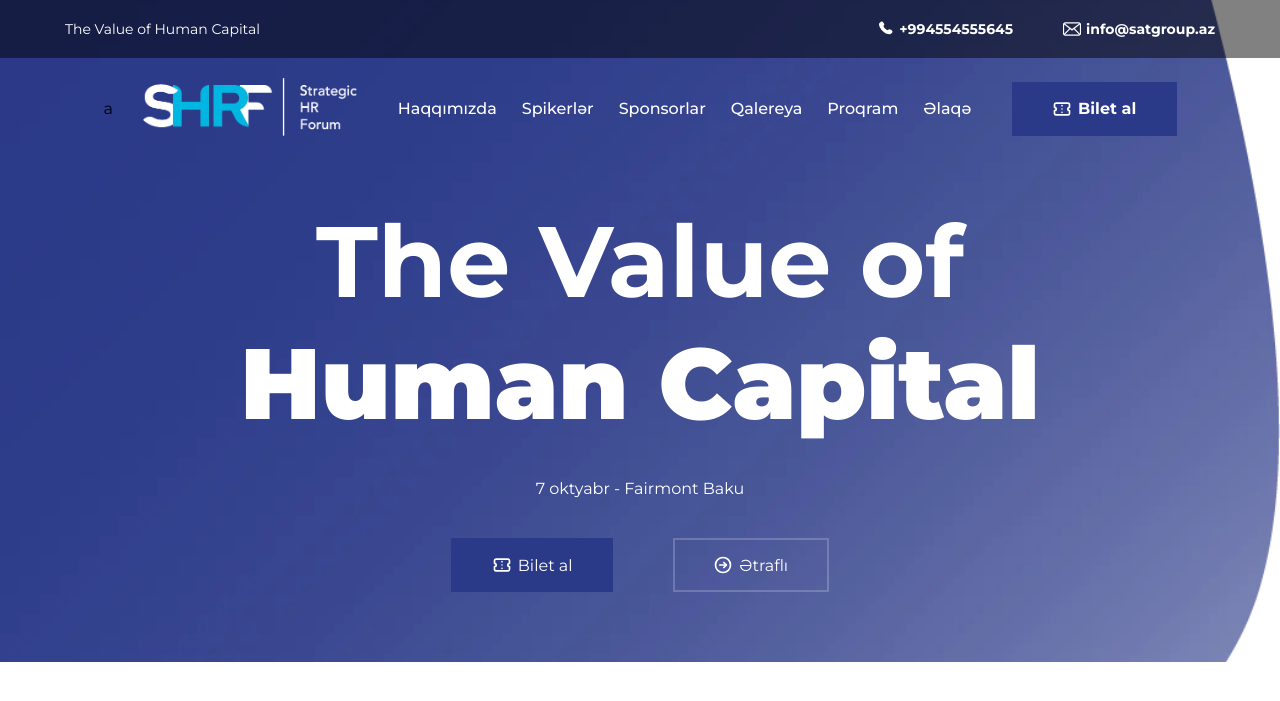
Repository: allahverdiyevabdulhasan/shrf
Page: /
These files come from the project's save history. The page is drawn as it stood at one moment and after a run of saves; the edit follows.
The browser window is 1280 px wide. The pictures show the whole page.
The project was rebuilt for these pictures with package versions that can differ from the ones it lists, and the page was loaded fresh each time. Also part of the build but not shown: vite.config.js, src/App.css.

Above is the page before, as saved 2024-08-16 12:05:24.

After the next 2 saves:
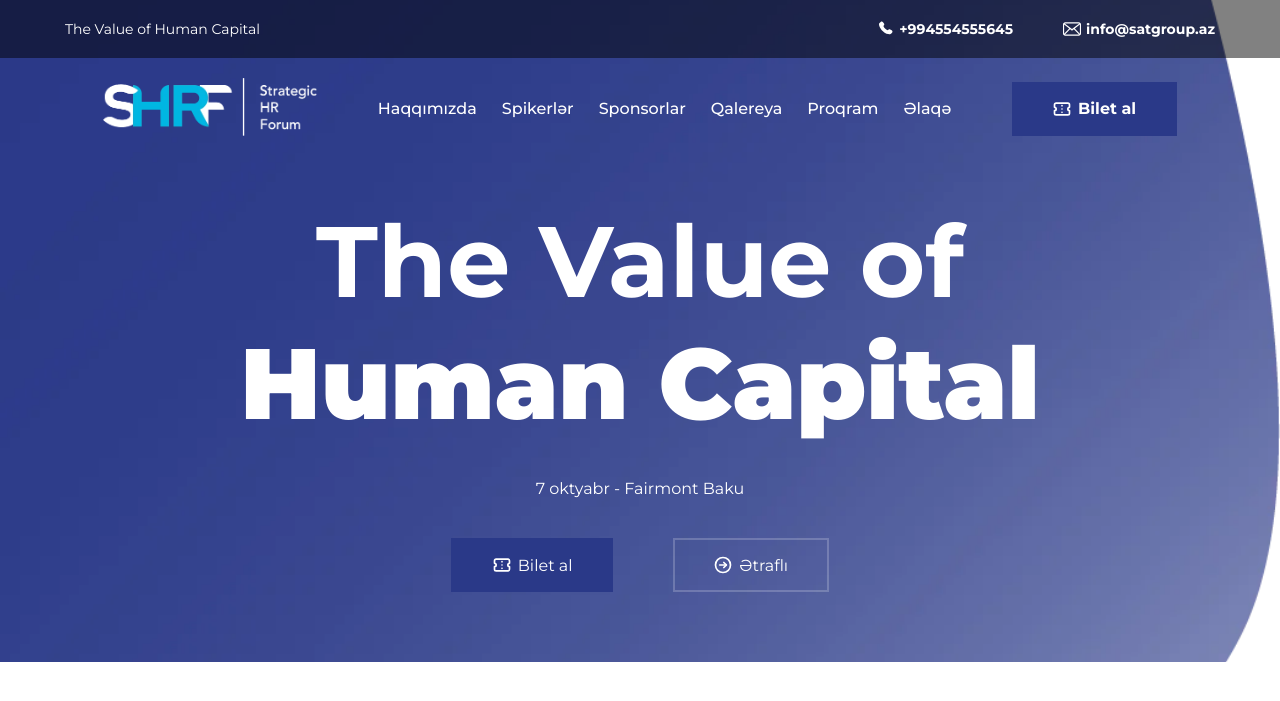
The 2 saves are shown as one change because 1 did not build or start.
The last was saved 49 s later.
--- a/src/components/Header/index.jsx
+++ b/src/components/Header/index.jsx
@@ -40,15 +40,16 @@ export default function Header() {
                 <div className="container">
 
                     <div className={s.header__items}>
-                    <div onClick={() => setShowBurgerMenu(!showBurgerMenu)}>a</div>
-
                         <div className={s.logo}>
                             <a href="/"><img src="./public/assets/img/logo.webp" alt="Logo" /></a>
                         </div>
 
                         <NavItems />
                         <div className={s.burger__btn}>
-                            <label class={s.bar} for="check" >
+                            <label class={s.bar} for="check" onClick={(e) => {
+                                e.stopPropagation()
+                                setShowBurgerMenu(!showBurgerMenu)
+                            }}>
                                 <input type="checkbox" id="check" />
 
                                     <span class={s.top}></span>
